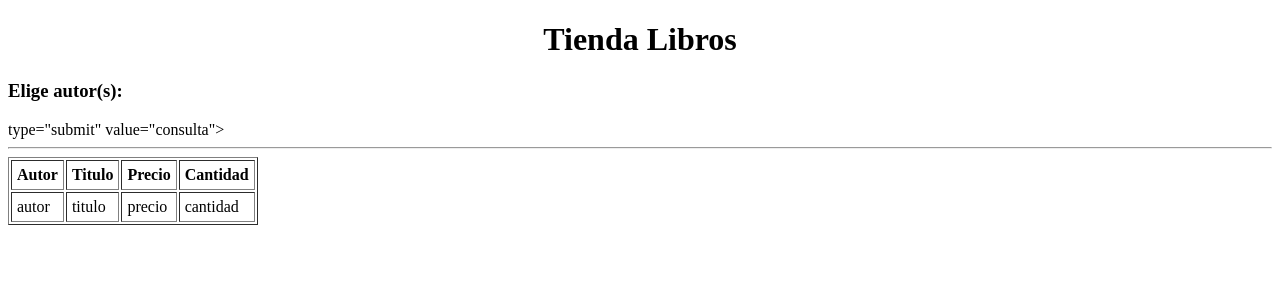
Repository: alvaroteja/ServidorJava
Page: 07_conexionBBDDservlet/src/main/webapp/index.html
The author's editor kept a copy of each file at every save. The page is drawn from the files as they stood at one save, then again after the next save.
The browser window is 1280 px wide. The pictures show the whole page.

Above is the page before, as saved 2023-01-17 08:20:36.

### 07_conexionBBDDservlet/src/main/webapp/index.html
<!DOCTYPE html>
<html>
<head>
<meta charset="ISO-8859-1">
<title>Insert title here</title>
</head>
<body>
	<h1 align="center">Tienda Libros</h1>
	<h3>Elige autor(s):</h3>
	<form action="conectorABaseDeDatos" method="get">
		<!-- <input type="checkbox" name="autor" value="Homero">Homero <input
			type="checkbox" name="autor" value="Miguel de Cervantes">Miguel
		de Cervantes <input type="checkbox" name="autor"
			value="Charles Dickens">Charles Dickens <input
			type="checkbox" name="autor" value="Cao Xueqin">Cao Xueqin <input -->
			type="submit" value="consulta">
	</form>
	<hr>
	<table border="1" cellpadding="5">
		<tr>
			<th>Autor</th>
			<th>Titulo</th>
			<th>Precio</th>
			<th>Cantidad</th>
		</tr>
		<tr>
			<td>autor</td>
			<td>titulo</td>
			<td>precio</td>
			<td>cantidad</td>
		</tr>
	</table>
</body>
</html>

After the next save:
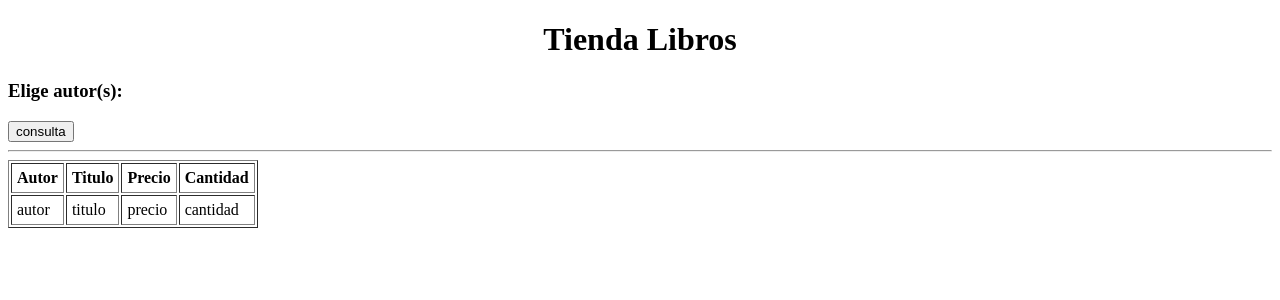
Saved 36 s later.
--- a/07_conexionBBDDservlet/src/main/webapp/index.html
+++ b/07_conexionBBDDservlet/src/main/webapp/index.html
@@ -12,7 +12,7 @@
 			type="checkbox" name="autor" value="Miguel de Cervantes">Miguel
 		de Cervantes <input type="checkbox" name="autor"
 			value="Charles Dickens">Charles Dickens <input
-			type="checkbox" name="autor" value="Cao Xueqin">Cao Xueqin <input -->
+			type="checkbox" name="autor" value="Cao Xueqin">Cao Xueqin  --><input
 			type="submit" value="consulta">
 	</form>
 	<hr>
